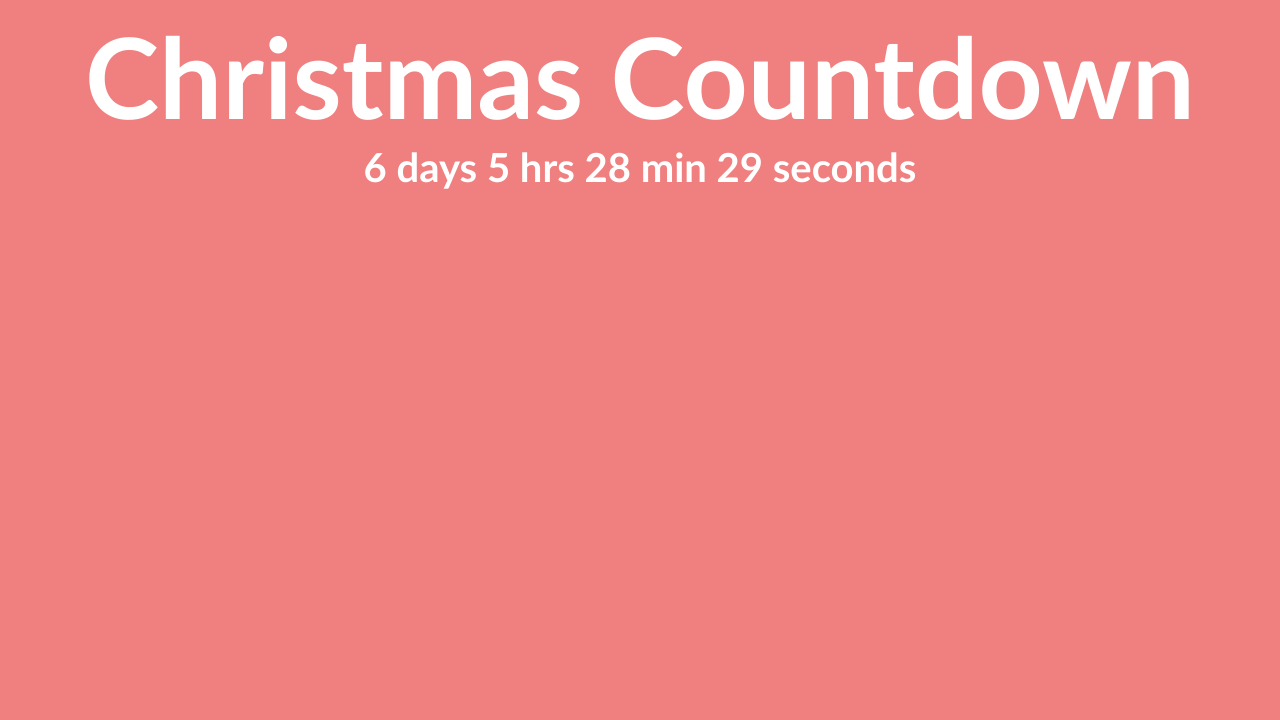
Repository: notMaximilian/countdown-timer
Page: index.html
These files come from the project's save history. The page is drawn as it stood at one moment and after a run of saves; the edit follows.
The browser window is 1280 px wide. The pictures show the whole page.

Above is the page before, as saved 2021-12-18 19:02:39.

After the next 3 saves:
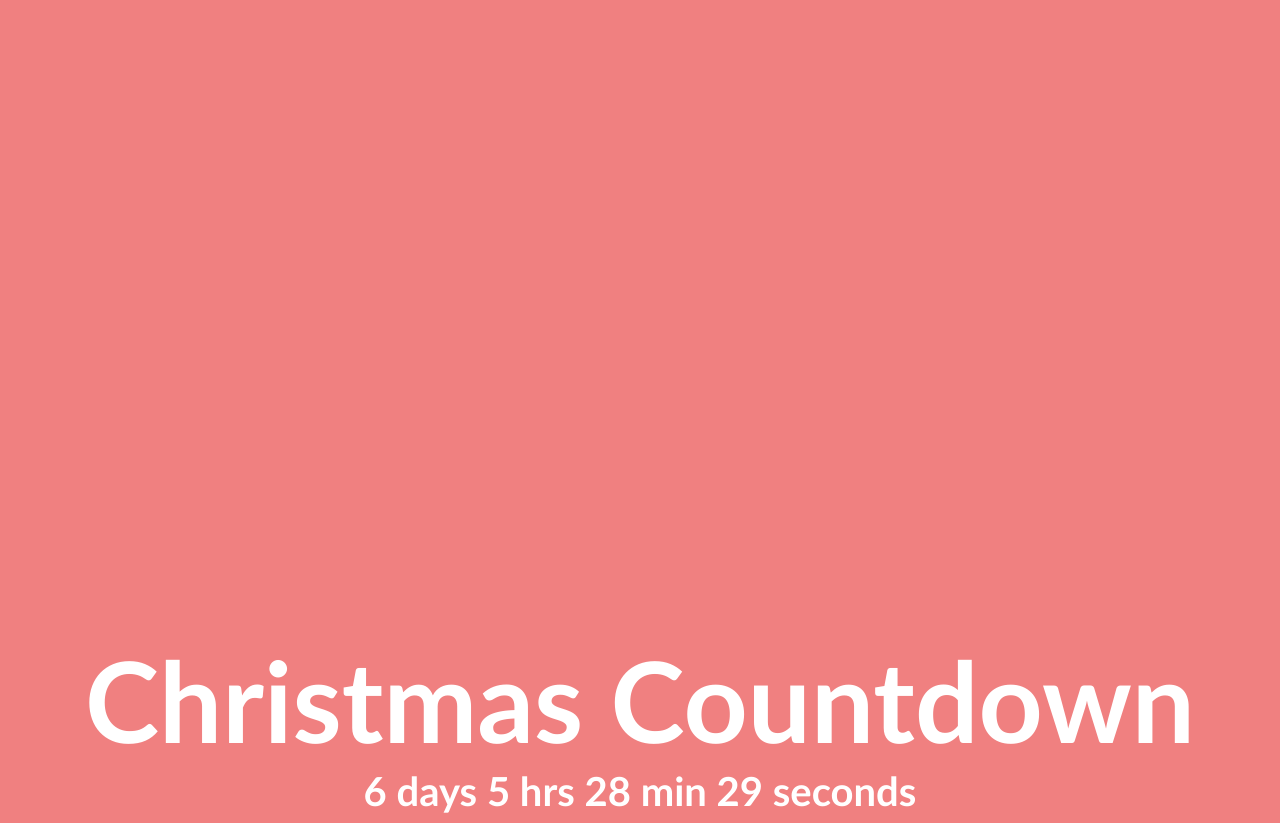
The 3 saves are shown as one change because they came seconds apart.
The last was saved 20 s later.
--- a/styles.css
+++ b/styles.css
@@ -8,6 +8,7 @@ body{
 h1 { padding:0; margin:0; }
 
 #main-text{
+    margin-top: 50%;
     font-size: 700%;
 
 }
